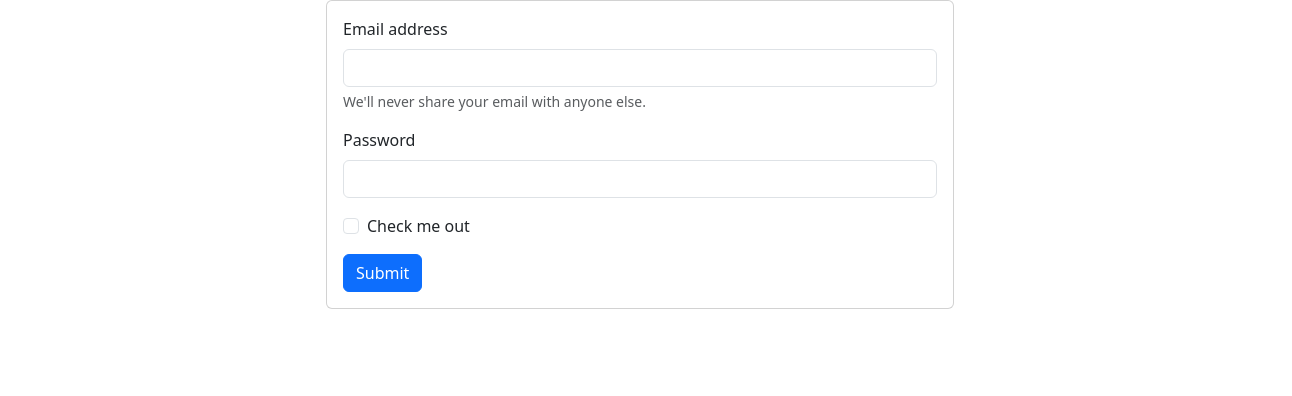
Repository: rahulgaba1987/MiniProject2
Page: http://localhost/login
An editor plug-in stored every save of this project. The page is shown before and after the next save, followed by the edit.
The browser window is 1280 px wide. The page is 1292 px wide, so the pictures cover 1292 px, including what lies to the right of the window. The pictures show the whole page.
The page is this project's Thymeleaf template; nobody is signed in. The template is opened directly, without the code that normally fills it, so the values that code supplies are empty.

Above is the page before, as saved 2023-04-19 06:59:10.

### 02_MiniProject/src/main/resources/templates/login.html
<!doctype html>
<html lang="en">

<head>
	<meta charset="utf-8">
	<meta name="viewport" content="width=device-width, initial-scale=1">
	<title>Bootstrap demo</title>
	<link href="https://cdn.jsdelivr.net/npm/bootstrap@5.3.0-alpha3/dist/css/bootstrap.min.css" rel="stylesheet"
		integrity="sha384-KK94CHFLLe+nY2dmCWGMq91rCGa5gtU4mk92HdvYe+M/SXH301p5ILy+dN9+nJOZ" crossorigin="anonymous">
</head>

<body>


    <div class="row">
         <div class="col-md-6 offset-3">
             <div class="card">
		<div class="card-body">


			<form>
				<div class="mb-3">
					<label for="exampleInputEmail1" class="form-label">Email address</label>
					<input type="email" class="form-control" id="exampleInputEmail1" aria-describedby="emailHelp">
					<div id="emailHelp" class="form-text">We'll never share your email with anyone else.</div>
				</div>
				<div class="mb-3">
					<label for="exampleInputPassword1" class="form-label">Password</label>
					<input type="password" class="form-control" id="exampleInputPassword1">
				</div>
				<div class="mb-3 form-check">
					<input type="checkbox" class="form-check-input" id="exampleCheck1">
					<label class="form-check-label" for="exampleCheck1">Check me out</label>
				</div>
				<button type="submit" class="btn btn-primary">Submit</button>
			</form>
		</div>

	</div>
         </div>
    </div>



	<script src="https://cdn.jsdelivr.net/npm/bootstrap@5.3.0-alpha3/dist/js/bootstrap.bundle.min.js"
		integrity="sha384-ENjdO4Dr2bkBIFxQpeoTz1HIcje39Wm4jDKdf19U8gI4ddQ3GYNS7NTKfAdVQSZe"
		crossorigin="anonymous"></script>
</body>

</html>

After the next save:
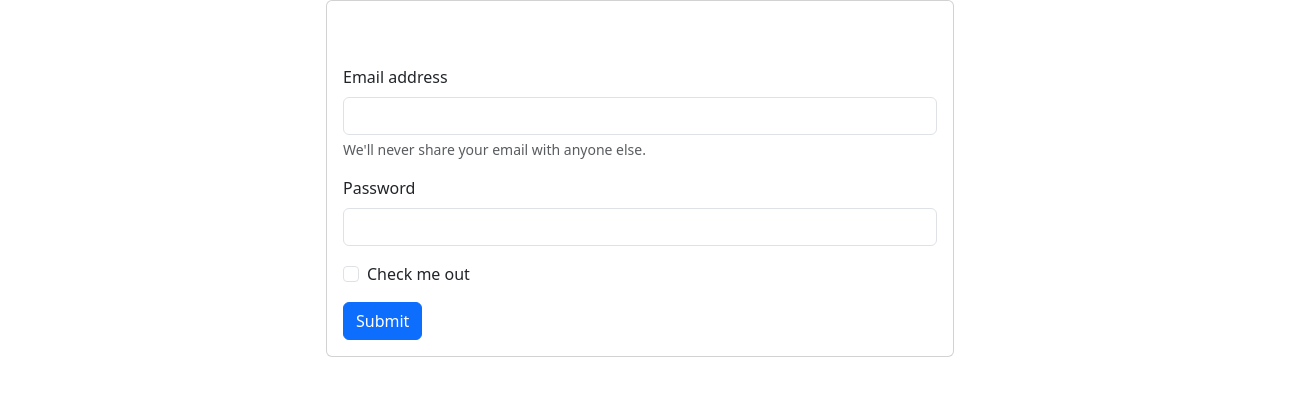
Saved 59 s later.
--- a/02_MiniProject/src/main/resources/templates/login.html
+++ b/02_MiniProject/src/main/resources/templates/login.html
@@ -18,7 +18,7 @@
 		<div class="card-body">
 
 
-			<form>
+			<form class="mt-5">
 				<div class="mb-3">
 					<label for="exampleInputEmail1" class="form-label">Email address</label>
 					<input type="email" class="form-control" id="exampleInputEmail1" aria-describedby="emailHelp">
